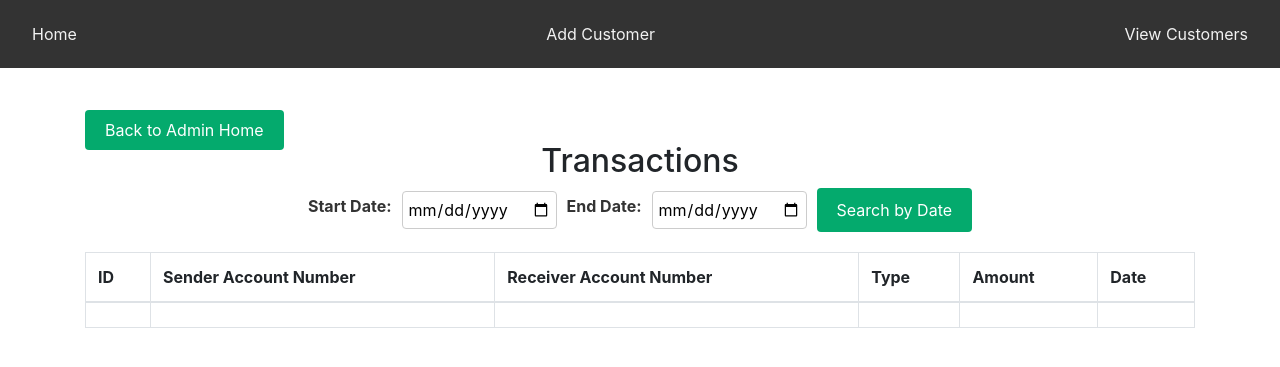
Repository: SuyashAwasthy/Javaee
Page: http://localhost/13-bank-application-mvc/viewTransaction.jsp
The author's editor kept a copy of each file at every save. The page is drawn from the files as they stood at one save, then again after the next save.
The browser window is 1280 px wide. The pictures show the whole page.
The page is served by Tomcat 9. The template is opened directly, without the code that normally fills it, so the values that code supplies are empty.

Above is the page before, as saved 2024-07-22 10:27:31.

After the next save:
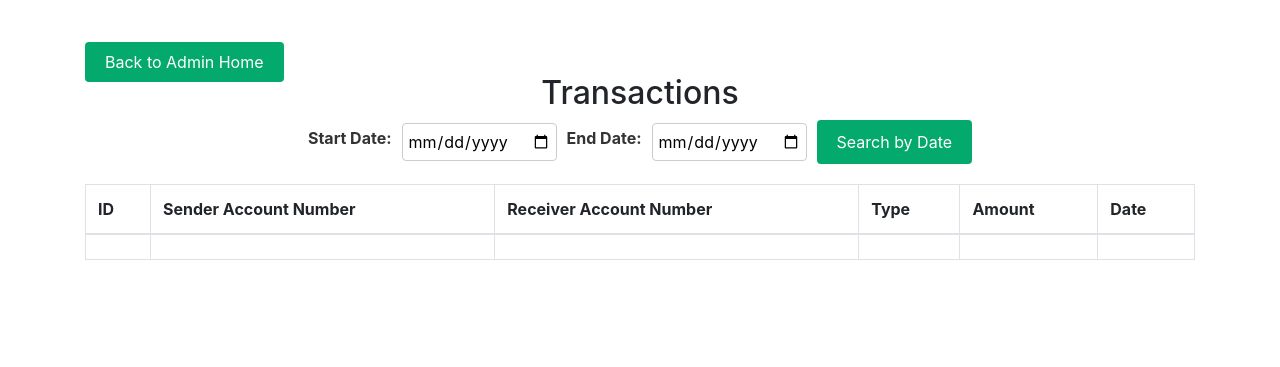
Saved 17 s later.
--- a/13-bank-application-mvc/WebContent/viewTransaction.jsp
+++ b/13-bank-application-mvc/WebContent/viewTransaction.jsp
@@ -20,11 +20,6 @@
 </style>
 </head>
 <body>
-<div class="navbar">
-        <a href="adminHome.jsp">Home</a>
-        <a href="addCustomer.jsp">Add Customer</a>
-        <a href="viewCustomers.jsp">View Customers</a>
-    </div>
 	<div class="container">
 		<a href="adminHome.jsp" class="button">Back to Admin Home</a>
 		<h2 class="text-center">Transactions</h2>
